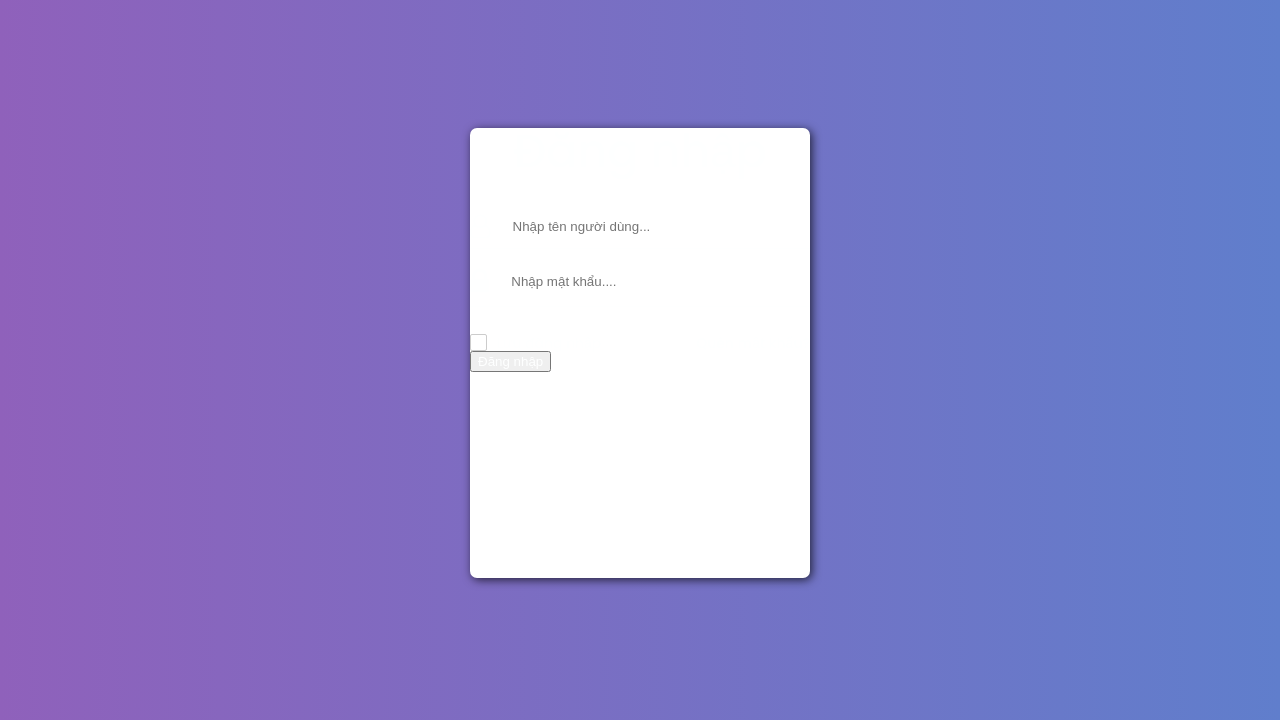
Repository: Nieday306/shophoaqua
Page: login.html
The author's editor kept a copy of each file at every save. The page is drawn from the files as they stood at one save, then again after the next save.
The browser window is 1280 px wide. The pictures show the whole page.

Above is the page before, as saved 2024-04-06 18:08:16.

### login.html
<!DOCTYPE html>
<html lang="en">
  <head>
    <meta charset="UTF-8" />
    <meta name="viewport" content="width=device-width, initial-scale=1.0" />
    <!-- reset css -->
    <link rel="stylesheet" href="./assets/css/reset.css" />
    <!-- style css -->
    <link rel="stylesheet" href="./assets/css/style.css" />
    <!-- login css -->
    <link rel="stylesheet" href="./assets/css/login.css" />
    <!-- font  -->
    <link rel="stylesheet" href="./assets/font/stylesheet.css" />
    <title>CTN - Đăng nhập</title>
    <!-- font awesome -->
    <link
      rel="stylesheet"
      href="https://cdnjs.cloudflare.com/ajax/libs/font-awesome/4.7.0/css/font-awesome.min.css"
    />
  </head>
  <body>
    <main>
      <div class="login">
        <form
          action="https://api-gateway.fullstack.edu.vn/action_page.php"
          method="post"
          autocomplete="off"
        >
          <h1 class="login-title">Đăng nhập</h1>
          <div class="form-group">
            <div class="row row-text">
              <label for="username"
                ><i class="fa fa-user-o" style="font-size: 24px"></i
              ></label>
              <input
                type="text"
                name="username"
                id="username"
                placeholder="Nhập tên người dùng..."
                required
                minlength="8"
              />
            </div>
            <p class="form-error">* Nhập từ 8 ký tự trở lên</p>
          </div>
          <div class="form-group">
            <div class="row row-text">
              <label for="password">
                <i class="fa fa-lock" style="font-size: 30px"></i>
              </label>
              <input
                type="text"
                name="password"
                id="password"
                placeholder="Nhập mật khẩu...."
                required
                minlength="8"
              />
            </div>
            <p class="form-error">* Nhập từ 8 kí tự trở lên</p>
          </div>
          <div class="form-group">
            <div class="row row-remember">
              <input type="checkbox" name="remember" id="remember" hidden />
              <label class="remember" for="remember">Lưu đăng nhập</label>
              <a href="#!" class="forgot-pass">Quên mật khẩu?</a>
            </div>
          </div>
          <div class="form-group">
            <div class="row">
              <input type="submit" value="Đăng nhập" />
            </div>
          </div>
        </form>
      </div>
    </main>
  </body>
</html>

### assets/css/style.css
* {
  box-sizing: border-box;
}

html,
body {
  scroll-behavior: smooth;
}

html {
  font-size: 62.5%;
}

body {
  font-size: 1.6rem;
  font-family: "Poppins", sans-serif;
  margin: 0px auto;
}

### assets/css/login.css
:root {
  --color-word: #feffff;
}

body {
  background-image: linear-gradient(to right, #8f61bb, #607ecc);
}

/* ==================common=================== */
a {
  text-decoration: none;
  color: var(--color-word);
  font-size: 1.4rem;
  font-weight: 500;
}
/* main */

main {
  display: flex;
}

.login {
  background-color: #fff;
  width: 340px;
  min-height: 450px;
  margin: 10% auto;
  border-radius: 7px;
  box-shadow: 2px 2px 10px rgb(0, 0, 0, 0.7);
}

.row {
  display: flex;
  justify-content: space-between;
  align-items: center;
}

.login-title {
  font-size: 4.6rem;
  font-weight: 500;
  color: var(--color-word);
  text-align: center;
  margin-bottom: 40px;
}

.fa,
input {
  color: var(--color-word);
}

input[type="text"] {
  width: 100%;
  background-color: transparent;
  outline: none;
  border: none;
  margin-left: 20px;
}

.row-text {
  padding-bottom: 10px;
  border-bottom: 1px solid var(--color-word);
}

.form-error {
  color: red;
  font-size: 1.4rem;
  margin-top: 3px;
  visibility: hidden;
}

input[type="text"]:has(:invalid) ~ .form-error {
  visibility: visible;
}

.row-remember {
  margin-top: 10px;
}

.remember {
  position: relative;
  display: flex;
  align-items: center;
  gap: 10px;
  color: var(--color-word);
  font-size: 1.4rem;
}

.remember::before {
  content: "";
  display: inline-block;
  width: 15px;
  height: 15px;
  background-color: #fff;
  border: 1px solid#ccc;
  border-radius: 2px;
}

input[type="checkbox"]:checked ~ .remember::after {
  position: absolute;
  content: "";
  display: inline-block;
  height: 5px;
  width: 10px;
  top: 2px;
  left: 2px;
  border: 3px solid #737499;
  border-top: none;
  border-right: none;
  rotate: -45deg;
}

.remember::before,
.remember::after {
  cursor: pointer;
}

.forgot-pass {
}

### assets/font/stylesheet.css
@font-face {
    font-family: 'Poppins';
    src: url('Poppins-Black.woff2') format('woff2'),
        url('Poppins-Black.woff') format('woff');
    font-weight: 900;
    font-style: normal;
    font-display: swap;
}

@font-face {
    font-family: 'Poppins';
    src: url('Poppins-Bold.woff2') format('woff2'),
        url('Poppins-Bold.woff') format('woff');
    font-weight: bold;
    font-style: normal;
    font-display: swap;
}

@font-face {
    font-family: 'Poppins';
    src: url('Poppins-BlackItalic.woff2') format('woff2'),
        url('Poppins-BlackItalic.woff') format('woff');
    font-weight: 900;
    font-style: italic;
    font-display: swap;
}

@font-face {
    font-family: 'Poppins';
    src: url('Poppins-BoldItalic.woff2') format('woff2'),
        url('Poppins-BoldItalic.woff') format('woff');
    font-weight: bold;
    font-style: italic;
    font-display: swap;
}

@font-face {
    font-family: 'Poppins';
    src: url('Poppins-ExtraLightItalic.woff2') format('woff2'),
        url('Poppins-ExtraLightItalic.woff') format('woff');
    font-weight: 200;
    font-style: italic;
    font-display: swap;
}

@font-face {
    font-family: 'Poppins';
    src: url('Poppins-ExtraBoldItalic.woff2') format('woff2'),
        url('Poppins-ExtraBoldItalic.woff') format('woff');
    font-weight: bold;
    font-style: italic;
    font-display: swap;
}

@font-face {
    font-family: 'Poppins';
    src: url('Poppins-ExtraBold.woff2') format('woff2'),
        url('Poppins-ExtraBold.woff') format('woff');
    font-weight: bold;
    font-style: normal;
    font-display: swap;
}

@font-face {
    font-family: 'Poppins';
    src: url('Poppins-Italic.woff2') format('woff2'),
        url('Poppins-Italic.woff') format('woff');
    font-weight: normal;
    font-style: italic;
    font-display: swap;
}

@font-face {
    font-family: 'Poppins';
    src: url('Poppins-ExtraLight.woff2') format('woff2'),
        url('Poppins-ExtraLight.woff') format('woff');
    font-weight: 200;
    font-style: normal;
    font-display: swap;
}

@font-face {
    font-family: 'Poppins';
    src: url('Poppins-Regular.woff2') format('woff2'),
        url('Poppins-Regular.woff') format('woff');
    font-weight: normal;
    font-style: normal;
    font-display: swap;
}

@font-face {
    font-family: 'Poppins';
    src: url('Poppins-LightItalic.woff2') format('woff2'),
        url('Poppins-LightItalic.woff') format('woff');
    font-weight: 300;
    font-style: italic;
    font-display: swap;
}

@font-face {
    font-family: 'Poppins';
    src: url('Poppins-SemiBold.woff2') format('woff2'),
        url('Poppins-SemiBold.woff') format('woff');
    font-weight: 600;
    font-style: normal;
    font-display: swap;
}

@font-face {
    font-family: 'Poppins';
    src: url('Poppins-Light.woff2') format('woff2'),
        url('Poppins-Light.woff') format('woff');
    font-weight: 300;
    font-style: normal;
    font-display: swap;
}

@font-face {
    font-family: 'Poppins';
    src: url('Poppins-Medium.woff2') format('woff2'),
        url('Poppins-Medium.woff') format('woff');
    font-weight: 500;
    font-style: normal;
    font-display: swap;
}

@font-face {
    font-family: 'Poppins';
    src: url('Poppins-MediumItalic.woff2') format('woff2'),
        url('Poppins-MediumItalic.woff') format('woff');
    font-weight: 500;
    font-style: italic;
    font-display: swap;
}

@font-face {
    font-family: 'Poppins';
    src: url('Poppins-Thin.woff2') format('woff2'),
        url('Poppins-Thin.woff') format('woff');
    font-weight: 100;
    font-style: normal;
    font-display: swap;
}

@font-face {
    font-family: 'Poppins';
    src: url('Poppins-ThinItalic.woff2') format('woff2'),
        url('Poppins-ThinItalic.woff') format('woff');
    font-weight: 100;
    font-style: italic;
    font-display: swap;
}

@font-face {
    font-family: 'Poppins';
    src: url('Poppins-SemiBoldItalic.woff2') format('woff2'),
        url('Poppins-SemiBoldItalic.woff') format('woff');
    font-weight: 600;
    font-style: italic;
    font-display: swap;
}

Loaded but not shown: assets/css/reset.css (common file)

After the next save:
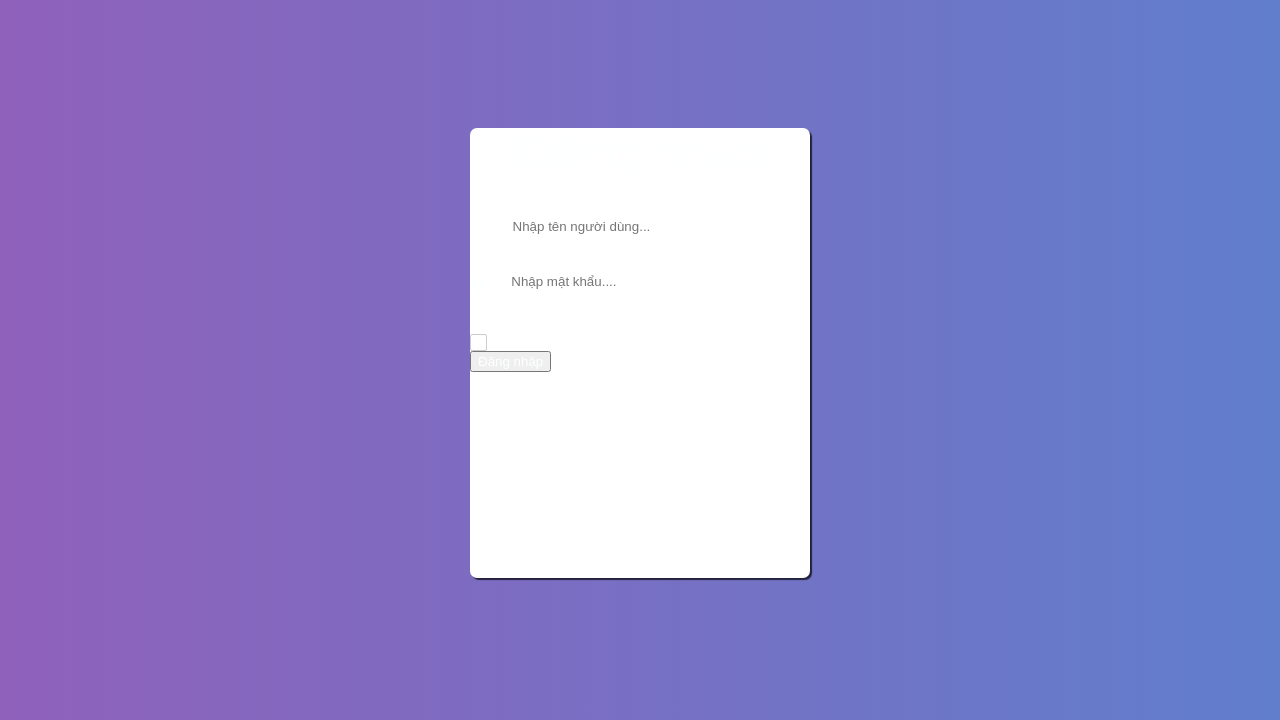
Saved 12 s later.
--- a/assets/css/login.css
+++ b/assets/css/login.css
@@ -25,7 +25,7 @@ main {
   min-height: 450px;
   margin: 10% auto;
   border-radius: 7px;
-  box-shadow: 2px 2px 10px rgb(0, 0, 0, 0.7);
+  box-shadow: 2px 2px 1px rgb(0, 0, 0, 0.7);
 }
 
 .row {
